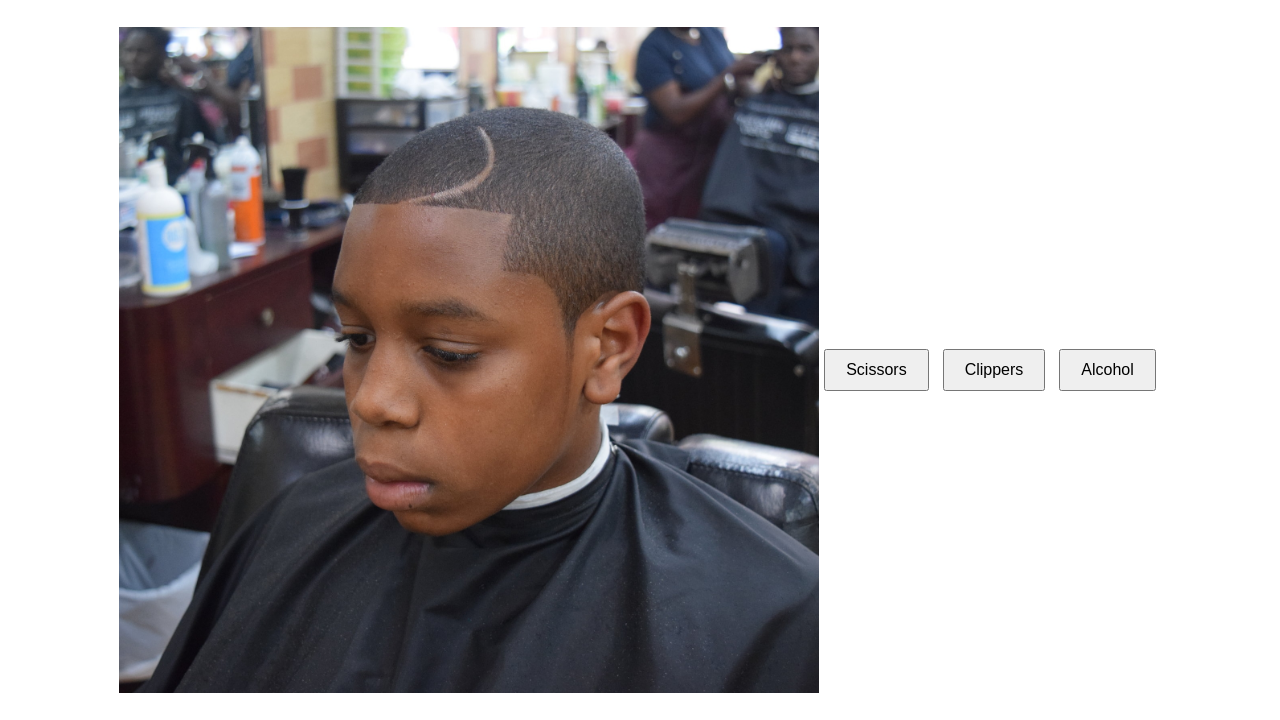
Repository: anderscederberg11/unhandledRuntimeError.json
Page: Henver/henver2.html
An editor plug-in stored every save of this project. The page is shown before and after the next save, followed by the edit.
The browser window is 1280 px wide. The pictures show the whole page.

Above is the page before, as saved 2024-05-24 18:21:19.

### Henver/henver2.html
<!DOCTYPE html>
<html lang="en">
<head>
    <meta charset="UTF-8">
    <meta name="viewport" content="width=device-width, initial-scale=1.0">
    <title>HaircutHenver</title>
    <link rel="stylesheet" href="henver2.css">
</head>
<body>
    <div class="haircutVro">
        <img class="haircutPic" src="/Henver/imgs/haircutbro.jpeg" alt="kid in barber chair">
    </div>
    <div class="toolbar">
        <button id="scissorsBtn">Scissors</button>
        <button id="clippersBtn">Clippers</button>
        <button id="alcoholBtn">Alcohol</button>
    </div>

    <script>

    </script>
</body>
</html>

### Henver/henver2.css
body, html {
    height: 100%;
    margin: 0;
    display: flex;
    align-items: center;
    justify-content: center;
}

.haircutVro {
    display: flex;
    align-items: center;
    justify-content: center;
    width: 700px;
    height: 700px;
}

.haircutPic {
    max-width: 100%;
    max-height: 100%;
}

.toolbar {
    margin-top: 20px;
}

button {
    margin: 5px;
    padding: 10px 20px;
    font-size: 16px;
    cursor: pointer;
}

After the next save:
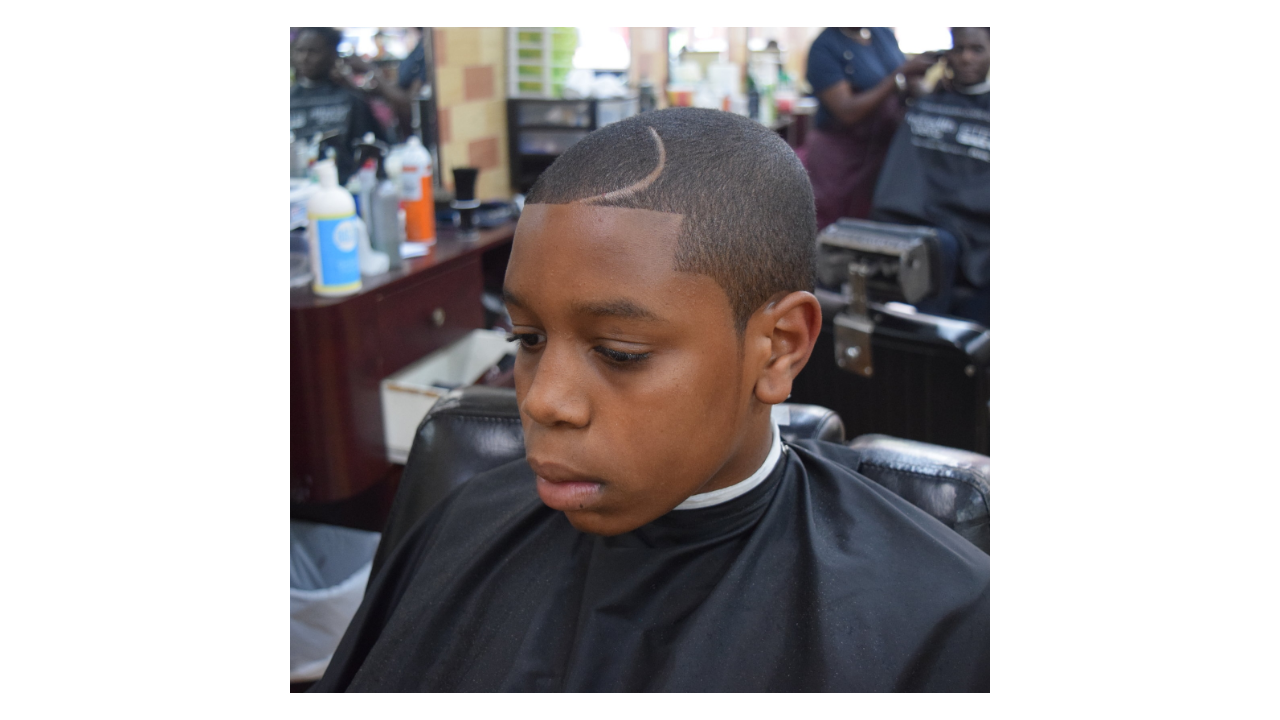
Saved 45 s later.
--- a/Henver/henver2.html
+++ b/Henver/henver2.html
@@ -10,11 +10,6 @@
     <div class="haircutVro">
         <img class="haircutPic" src="/Henver/imgs/haircutbro.jpeg" alt="kid in barber chair">
     </div>
-    <div class="toolbar">
-        <button id="scissorsBtn">Scissors</button>
-        <button id="clippersBtn">Clippers</button>
-        <button id="alcoholBtn">Alcohol</button>
-    </div>
 
     <script>
 
